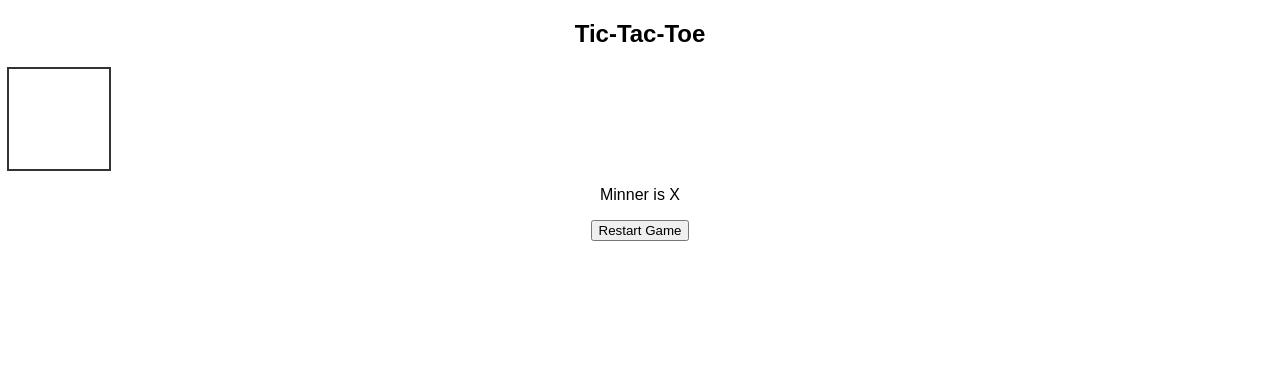
Repository: sedashahnazaryan/tic-tac-too
Page: index.html
The author's editor kept a copy of each file at every save. The page is drawn from the files as they stood at one save, then again after the next save.
The browser window is 1280 px wide. The pictures show the whole page.

Above is the page before, as saved 2022-01-31 17:41:28.

After the next save:
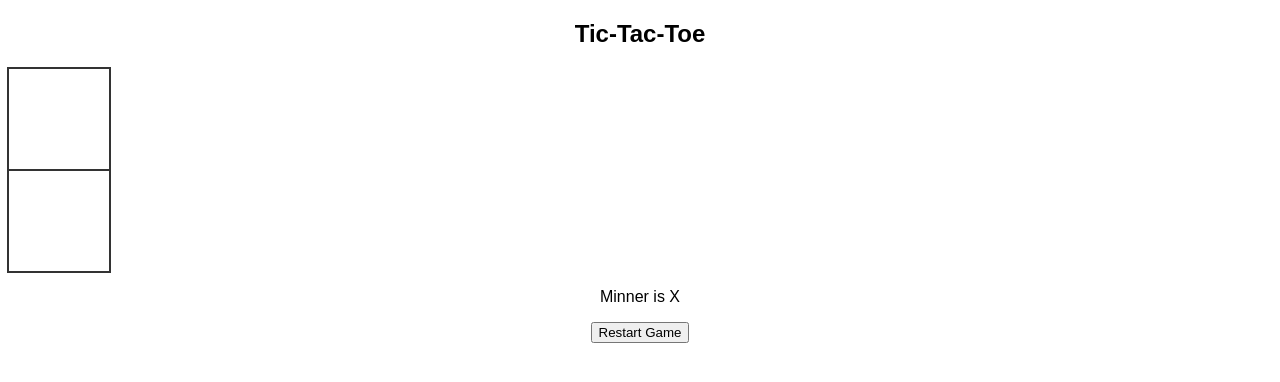
Saved 4 s later.
--- a/index.html
+++ b/index.html
@@ -15,7 +15,7 @@
     <div class="game-container">
         <div class="wrapper">
         <div class="ceil ceil-index-0"></div>
-        <div class=" ceil-index-1"></div>
+        <div class=" ceil ceil-index-1"></div>
         <div class="ceil-index-2"></div>
         <div class="ceil-index-3"></div>
         <div class="ceil-index-4"></div>
